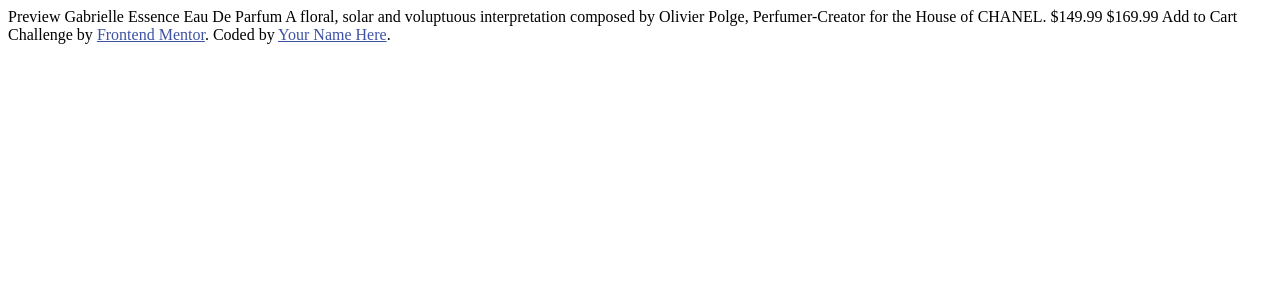
Repository: ntandomagana/product-preview-card-component
Page: index.html
An editor plug-in stored every save of this project. The page is shown before and after the next save, followed by the edit.
The browser window is 1280 px wide. The pictures show the whole page.

Above is the page before, as saved 2024-04-19 10:36:54.

### index.html
<!DOCTYPE html>
<html lang="en">
<head>
  <meta charset="UTF-8">
  <meta name="viewport" content="width=device-width, initial-scale=1.0"> <!-- displays site properly based on user's device -->

  <link rel="icon" type="image/png" sizes="32x32" href="./images/favicon-32x32.png">
  <link rel="stylesheet" href="style.css">

  <title>Frontend Mentor | Product preview card component</title>

  <!-- Feel free to remove these styles or customise in your own stylesheet 👍 -->

</head>
<body>

  Preview

  Gabrielle Essence Eau De Parfum

  A floral, solar and voluptuous interpretation composed by Olivier Polge,
  Perfumer-Creator for the House of CHANEL.

  $149.99
  $169.99

  Add to Cart

  <div class="attribution">
    Challenge by <a href="https://www.frontendmentor.io?ref=challenge" target="_blank">Frontend Mentor</a>.
    Coded by <a href="#">Your Name Here</a>.
  </div>
</body>
</html>

### style.css
<style>
    .attribution { font-size: 11px; text-align: center; }
    .attribution a { color: hsl(228, 45%, 44%); }
  </style>

After the next save:
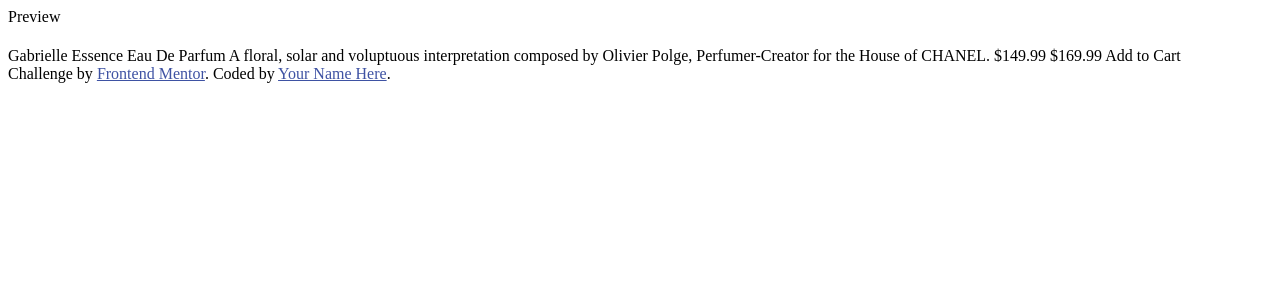
Saved 3 min 27 s later.
--- a/index.html
+++ b/index.html
@@ -16,7 +16,7 @@
 
   Preview
 
-  Gabrielle Essence Eau De Parfum
+  <h1></h1>Gabrielle Essence Eau De Parfum
 
   A floral, solar and voluptuous interpretation composed by Olivier Polge,
   Perfumer-Creator for the House of CHANEL.
